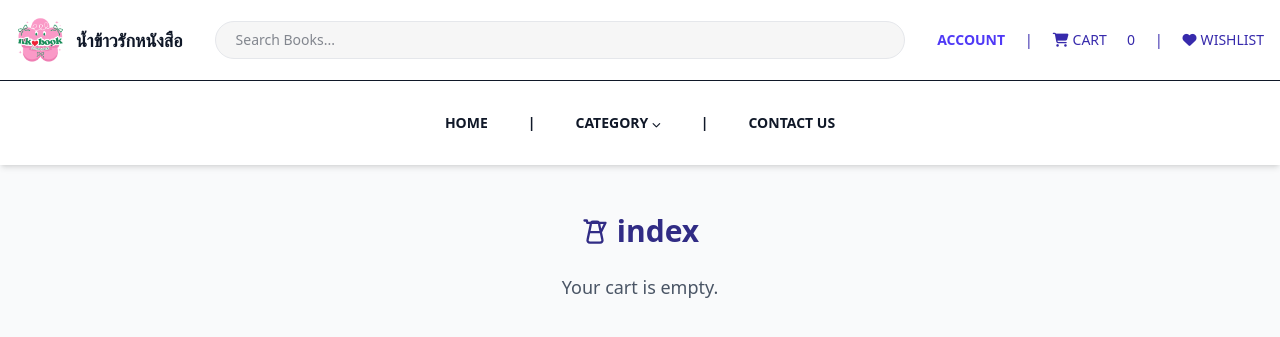
Repository: buratsakon0/NKLoveBook
Page: resources/views/wishlist/index.blade.php
These files come from the project's save history. The page is drawn as it stood at one moment and after the next save; the edit follows.
The browser window is 1280 px wide. The pictures show the whole page.
The page is served by the project's Laravel application, run on PHP 8.4 with Laravel 12. Other server files are loaded and not shown. Style sheets and scripts are compiled from the project's sources, by tool versions that may differ from the author's. The template is opened directly, without the code that normally fills it, so the values that code supplies are empty.

Above is the page before, as saved 2025-10-27 21:29:46.

### routes/web.php
<?php

use Illuminate\Support\Facades\Route;
use App\Http\Controllers\HomeController;
use App\Http\Controllers\CategoryController;
use App\Http\Controllers\BookController;
use App\Http\Controllers\AuthController;
use App\Http\Controllers\ProfileController;
use Illuminate\Http\Request;
use App\Models\User;
use App\Http\Controllers\CartController;
use App\Http\Controllers\ReviewController;
use App\Http\Controllers\WishlistController;
use App\Http\Controllers\SearchController;
use App\Http\Controllers\CheckoutController;
use App\Http\Controllers\ShippingController;


// หน้าแรก
Route::get('/', [HomeController::class, 'index'])->name('home');

// หน้า home (view ตรง)
Route::view('/home', 'home');

// หน้า book
Route::get('/book/{book}', [BookController::class, 'show'])->name('book.show');

// หน้า contact
Route::get('/contact', function () {
    return view('contact');
})->name('contact');

Route::get('/category/{id}', [CategoryController::class, 'show'])->name('category.show');

// Search route
Route::get('/search', [SearchController::class, 'search'])->name('search');

Route::get('/login', [AuthController::class, 'showLoginForm'])->name('login');
Route::post('/login', [AuthController::class, 'login']);

//  หน้าสมัครสมาชิก
Route::get('/register', [AuthController::class, 'showRegisterForm'])->name('register');
Route::post('/register', [AuthController::class, 'register']);

//  ปุ่มออกจากระบบ
Route::post('/logout', [AuthController::class, 'logout'])->name('logout');

Route::get('/profile', [ProfileController::class, 'show'])->middleware('auth')->name('profile');

Route::get('/api/check-username', function (Request $request) {
    $exists = User::where('Username', $request->Username)->exists();
    return response()->json(['exists' => $exists]);
});

Route::get('/api/check-email', function (Request $request) {
    $exists = User::where('Email', $request->Email)->exists();
    return response()->json(['exists' => $exists]);
});

// เส้นทางสำหรับเพิ่มสินค้าไปยังตะกร้า
Route::post('/cart/add/{productId}', [CartController::class, 'addToCart'])->name('cart.add');

// เส้นทางสำหรับแสดงสินค้าทั้งหมดในตะกร้า
Route::get('/cart', [CartController::class, 'showCart'])->name('cart.index');

// เส้นทางสำหรับอัพเดตจำนวนสินค้าภายในตะกร้า
Route::put('/cart/update/{productId}', [CartController::class, 'updateCart'])->name('cart.update');
Route::post('/cart/update/{productId}', [CartController::class, 'updateQuantity'])->name('cart.update');
Route::delete('/cart/remove/{productId}', [CartController::class, 'remove'])->name('cart.remove');
Route::post('/update-cart', [CartController::class, 'updateCart']);


// Review routes
Route::post('/book/{bookId}/review', [ReviewController::class, 'store'])->name('review.store')->middleware('auth');
Route::delete('/book/{bookId}/review', [ReviewController::class, 'destroy'])->name('review.destroy')->middleware('auth');


//Wishlist
Route::get('/wishlist', [WishlistController::class, 'index'])->name('wishlist.index');
Route::post('/wishlist/add/{bookId}', [WishlistController::class, 'store'])->name('wishlist.add');
Route::post('/wishlist/remove/{bookId}', [WishlistController::class, 'destroy'])->name('wishlist.remove');


// เส้นทางสำหรับการ submit ข้อมูลใน Checkout
Route::post('/checkout/submit', [CheckoutController::class, 'submit'])->name('checkout.submit');

// shipping
Route::get('/checkout', [ShippingController::class, 'showShippingForm'])->name('checkout');
Route::get('/checkout/edit', [ShippingController::class, 'editShippingForm'])->name('checkout.edit');
Route::post('/checkout/save', [ShippingController::class, 'saveShippingAddress'])->name('checkout.save');

### resources/views/wishlist/index.blade.php
@extends('layouts.app')

@section('content')
<div class="container mx-auto mt-12 px-4">
  <h1 class="text-3xl font-bold text-center text-indigo-900 mb-6 flex items-center justify-center gap-2">
    <svg xmlns="http://www.w3.org/2000/svg" class="h-7 w-7 text-indigo-900" fill="none" viewBox="0 0 24 24" stroke="currentColor">
      <path stroke-linecap="round" stroke-linejoin="round" stroke-width="2" d="M3 3h2l.4 2M7 13h10l4-8H5.4M7 13l-1.35 6.45A2 2 0 007.63 22h8.74a2 2 0 001.98-2.55L17 13M7 13l1.35-6.45A2 2 0 0110.37 4h3.26a2 2 0 011.98 2.55L17 13" />
    </svg>
    index
  </h1>

  @if(!empty($cart))
    <div class="bg-white shadow-md rounded-lg border border-gray-200">
      <div class="p-4 bg-gray-100 flex items-center font-semibold text-lg border-b border-gray-200">
        <input type="checkbox" checked class="accent-orange-500 mr-2">
        All Items
      </div>

      <table class="w-full text-left border-collapse">
        <thead class="border-b border-gray-300 text-gray-600">
          <tr>
            <th class="py-3 px-6 w-1/3">Product</th>
            <th class="py-3 px-6">Price/Unit</th>
            <th class="py-3 px-6">Number</th>
            <th class="py-3 px-6">Total</th>
            <th class="py-3 px-6 text-center">Action</th>
          </tr>
        </thead>
        <tbody>
          @foreach($cart as $productId => $product)
            <tr class="border-b border-gray-200 hover:bg-gray-50">
              <td class="py-4 px-6 flex items-center space-x-4">
                <img src="{{ $product['image'] }}" alt="{{ $product['name'] }}" class="w-24 h-auto rounded shadow-sm">
                <div>
                  <p class="font-semibold text-indigo-900">{{ $product['name'] }}</p>
                  <p class="text-sm text-gray-500 mt-1 uppercase tracking-wide">
                    {{ $product['author'] ?? 'Unknown Author' }}
                    </p>

                </div>
              </td>
              <td class="py-4 px-6">฿{{ number_format($product['price'], 2) }}</td>
              <td class="py-4 px-6">
                <div class="flex items-center justify-center border border-black rounded-full w-fit">
                  <button onclick="updateQuantity({{ $productId }}, 'decrease')" class="px-3 py-1 text-xl font-bold">−</button>
                  <span id="quantity-{{ $productId }}" class="px-4 py-1 text-lg">{{ $product['quantity'] }}</span>
                  <button onclick="updateQuantity({{ $productId }}, 'increase')" class="px-3 py-1 text-xl font-bold">+</button>
                </div>
              </td>
              <td class="py-4 px-6">฿{{ number_format($product['price'] * $product['quantity'], 2) }}</td>
              <td class="py-4 px-6 text-center">
                <form action="{{ route('cart.remove', $productId) }}" method="POST" onsubmit="return confirm('Remove this item?')">
                  @csrf
                  @method('DELETE')
                  <button type="submit" class="text-gray-600 hover:text-red-600">
                    <svg xmlns="http://www.w3.org/2000/svg" class="h-6 w-6" fill="none" viewBox="0 0 24 24" stroke="currentColor">
                      <path stroke-linecap="round" stroke-linejoin="round" stroke-width="2" d="M19 7l-.867 12.142A2 2 0 0116.138 21H7.862a2 2 0 01-1.995-1.858L5 7m5 4v6m4-6v6M1 7h22M10 3h4a1 1 0 011 1v1H9V4a1 1 0 011-1z"/>
                    </svg>
                  </button>
                </form>
              </td>
            </tr>
          @endforeach
        </tbody>
      </table>

      <div class="flex justify-between items-center px-6 py-4 border-t border-gray-200">
        <p class="text-gray-600">{{ count($cart) }} Items</p>
        <div class="text-right">
          <span class="text-xl font-semibold text-gray-900">฿{{ number_format($totalPrice, 2) }}</span>
        </div>
      </div>

      <div class="flex justify-end items-center gap-4 px-6 py-4 border-t border-gray-200">
        <button onclick="window.location.href='{{ route('home') }}'" class="flex items-center border border-orange-500 text-orange-500 font-medium py-2 px-6 rounded hover:bg-orange-50 transition">
          <svg xmlns="http://www.w3.org/2000/svg" class="h-5 w-5 mr-2" fill="none" viewBox="0 0 24 24" stroke="currentColor">
            <path stroke-linecap="round" stroke-linejoin="round" stroke-width="2" d="M3 3h18M3 3v18m0-18l18 18"/>
          </svg>
          Continue Shopping
        </button>

        <div class="flex justify-end items-center gap-4 px-6 py-4 border-t border-gray-200">
  @auth
        <!-- ถ้า login แล้วจะให้แสดงปุ่ม Checkout -->
        <a href="{{ route('checkout') }}" class="flex items-center bg-orange-500 text-white font-medium py-2 px-6 rounded hover:bg-orange-600 transition">
          <svg xmlns="http://www.w3.org/2000/svg" class="h-5 w-5 mr-2" fill="none" viewBox="0 0 24 24" stroke="currentColor">
            <path stroke-linecap="round" stroke-linejoin="round" stroke-width="2" d="M12 8c-3.314 0-6 2.686-6 6v2h12v-2c0-3.314-2.686-6-6-6zM5 14v2a2 2 0 002 2h10a2 2 0 002-2v-2M12 8V4m0 0a4 4 0 100 8"/>
          </svg>
          Checkout
        </a>
      @else
        <!-- ถ้ายังไม่ได้ login แสดงปุ่มให้ไปหน้า login -->
        <a href="{{ route('login') }}" class="flex items-center bg-orange-500 text-white font-medium py-2 px-6 rounded hover:bg-orange-600 transition">
          <svg xmlns="http://www.w3.org/2000/svg" class="h-5 w-5 mr-2" fill="none" viewBox="0 0 24 24" stroke="currentColor">
            <path stroke-linecap="round" stroke-linejoin="round" stroke-width="2" d="M12 8c-3.314 0-6 2.686-6 6v2h12v-2c0-3.314-2.686-6-6-6zM5 14v2a2 2 0 002 2h10a2 2 0 002-2v-2M12 8V4m0 0a4 4 0 100 8"/>
          </svg>
          Login to Checkout
        </a>
      @endauth
    </div>
      </div>
    </div>
  @else
    <p class="mt-6 text-center text-lg text-gray-600">Your cart is empty.</p>
  @endif
</div>

<script>
  function updateQuantity(productId, action) {
    const quantityElement = document.getElementById('quantity-' + productId);
    let currentQuantity = parseInt(quantityElement.textContent);

    if (action === 'increase') currentQuantity++;
    else if (action === 'decrease' && currentQuantity > 1) currentQuantity--;

    quantityElement.textContent = currentQuantity;

    const formData = new FormData();
    formData.append('action', action);
    formData.append('productId', productId);
    formData.append('quantity', currentQuantity);

    fetch(`{{ route('cart.update', ['productId' => ':id']) }}`.replace(':id', productId), {
      method: 'POST',
      headers: { 'X-CSRF-TOKEN': '{{ csrf_token() }}' },
      body: formData
    })
    .then(res => res.json())
    .then(data => {
      if (data.success) window.location.reload();
    });
  }
</script>
@endsection

### resources/views/layouts/app.blade.php
<!DOCTYPE html>
<html lang="th">
<head>
    <meta charset="UTF-8">
    <meta name="viewport" content="width=device-width, initial-scale=1.0">
    <title>น้ำข้าวรักหนังสือ</title>

    @vite('resources/css/app.css')
    <link rel="stylesheet" href="https://cdnjs.cloudflare.com/ajax/libs/font-awesome/6.5.0/css/all.min.css">

</head>
<body class="bg-gray-50 text-gray-900">
    @include('component.navbar')

    <main>
        @yield('content')
    </main>



</body>
</html>

### resources/views/component/navbar.blade.php
@php
  use App\Models\Category;
  $categories = Category::all();
@endphp

@once
  <style>
    .nav-category {
      position: relative;
      display: inline-block;
    }
    .nav-category__toggle {
      display: inline-flex;
      align-items: center;
      gap: 0.4rem;
      padding: 0.2rem 0;
      border: 0;
      background: transparent;
      font-weight: 600;
      text-transform: uppercase;
      letter-spacing: 0.22em;
      font-size: 0.9rem;
      color: #dd4f2f;
      cursor: pointer;
      transition: color 0.2s ease;
    }
    .nav-category__toggle:focus-visible {
      outline: 2px solid #f26d3d;
      outline-offset: 4px;
    }
    .nav-category:hover .nav-category__toggle,
    .nav-category:focus-within .nav-category__toggle {
      color: #f26d3d;
    }
    .nav-category__menu {
      position: absolute;
      top: 100%;
      left: 50%;
      transform: translateX(-50%);
      width: 15rem;
      display: none;
      background: #fff5e9;
      border: 1px solid #f2c6a6;
      border-radius: 8px;
      box-shadow: 0 6px 20px rgba(0, 0, 0, 0.12);
      padding-bottom: 0.5rem;
      z-index: 40;
    }
    .nav_item:hover {
      color: #f26d3d;
    }
    .nav-category:hover .nav-category__menu,
    .nav-category:focus-within .nav-category__menu {
      display: block;
    }
    .nav-category__top-strip {
      height: 4px;
      background: #b280d6;
      border-top-left-radius: 8px;
      border-top-right-radius: 8px;
    }
    .nav-category__notch {
      position: absolute;
      top: -12px;
      right: 1.5rem;
      width: 0;
      height: 0;
      border-left: 12px solid transparent;
      border-right: 12px solid transparent;
      border-bottom: 12px solid #fff5e9;
      filter: drop-shadow(0 2px 4px rgba(0, 0, 0, 0.1));
    }
    .nav-category__list {
      list-style: none;
      margin: 0;
      padding: 0;
    }
    .nav-category__item {
      border-top: 1px solid #f2c6a6;
    }
    .nav-category__item:first-child {
      border-top: none;
    }
    .nav-category__link {
      width: 100%;
      border: 0;
      background: transparent;
      display: block;
      padding: 0.95rem 1.75rem;
      text-decoration: none;
      color: #d65032;
      font-size: 0.92rem;
      font-weight: 500;
      letter-spacing: 0.08em;
      transition: background-color 0.15s ease, color 0.15s ease;
    }
    .nav-category__link:hover,
    .nav-category__link:focus {
      background: #ffffff;
      color: #f26d3d;
    }
  </style>
@endonce

<nav class="bg-white shadow-md">
  <div class="max-w-7xl mx-auto px-4 py-4 flex items-center justify-between">
    <!-- Left: Logo -->
    <div class="flex items-center gap-3">
      <img src="{{ asset('images/newlogo.png') }}" class="w-12 h-12" alt="logo">
      <span class="text-lg font-bold">น้ำข้าวรักหนังสือ</span>
    </div>

    <!-- Center: Search -->
    <div class="flex-1 mx-8">
      <form action="{{ route('search') }}" method="GET" class="relative" id="searchForm">
        <div class="relative">
          <input
            type="text"
            name="query"
            id="searchInput"
            placeholder="Search Books..."
            style="background-color: #f6f6f6;"
            class="w-full border border-gray-200 rounded-full px-5 py-2 text-sm focus:outline-none focus:ring-1 focus:ring-indigo-400"
            value="{{ request('query') }}">
        </div>
      </form>
    </div>

    <script>
      document.addEventListener('DOMContentLoaded', function() {
        const searchInput = document.getElementById('searchInput');
        if (searchInput) {
          searchInput.addEventListener('keypress', function(e) {
            if (e.key === 'Enter') {
              e.preventDefault();
              const form = document.getElementById('searchForm');
              if (form) {
                form.submit();
              }
            }
          });
        }
      });
    </script>

    <!-- Right: Icons -->
    <div class="flex gap-5 text-sm font-medium text-indigo-800">
    @auth
        <!-- ✅ login แล้ว -->
        <a href="{{ route('profile') }}" class="text-indigo-600 font-semibold">
            {{ Auth::user()->Username }}
        </a>
    @else
        <!-- ❌ ยังไม่ login -->
        <a href="{{ route('login') }}" class="text-indigo-600 font-semibold">
            ACCOUNT
        </a>
    @endauth

    <span>|</span>
    <a href="{{ route('cart.index') }}" class="flex items-center gap-1 hover:text-indigo-500">
        <i class="fa fa-shopping-cart"></i> CART
    </a>
    <span id="cartCount">{{ count(session('cart', [])) }}</span>


    <span>|</span>
    <a href="{{ route('wishlist.index') }}" class="flex items-center gap-1 hover:text-indigo-500">
        <i class="fa fa-heart"></i> WISHLIST
    </a>

</div>

  </div>

  <!-- Bottom Menu -->
  <div class="border-t">
    <div class="flex justify-center gap-10 py-[2rem] text-sm uppercase font-semibold">
      <a href="/" class="nav_item hover:text-[#ED553B]">Home</a>
      <span>|</span>

      <!-- Dropdown Category -->
      <div class="nav-category">
        <button class="uppercase font-semibold nav_item">
          Category <i class="fa fa-chevron-down" style="font-size: 0.55rem;"></i>
        </button>
        <div class="nav-category__menu">
          <span class="nav-category__notch"></span>
          <div class="nav-category__top-strip"></div>
          <ul class="nav-category__list">
            @foreach ($categories as $cat)
              <li class="nav-category__item">
                <a href="{{ route('category.show', $cat->CategoryID) }}" class="nav-category__link">
                  {{ $cat->CategoryName }}
                </a>
              </li>
            @endforeach
          </ul>
        </div>
      </div>

      <span>|</span>
      <a href="/contact" class="nav_item hover:text-[#ED553B]">Contact Us</a>
    </div>
  </div>
</nav>

### app/Models/Category.php
<?php

namespace App\Models;

use Illuminate\Database\Eloquent\Factories\HasFactory;
use Illuminate\Database\Eloquent\Model;

class Category extends Model
{
    use HasFactory;

    // ชื่อตารางจริงใน DB
    protected $table = 'categories';

    // ชื่อ primary key จริง
    protected $primaryKey = 'CategoryID';

    // ให้ Laravel รู้ว่าคอลัมน์ที่ใช้บ่อยคืออะไร
    protected $fillable = ['CategoryName'];

    public $timestamps = true;
}

Loaded but not shown: resources/css/app.css (common file)

After the next save:
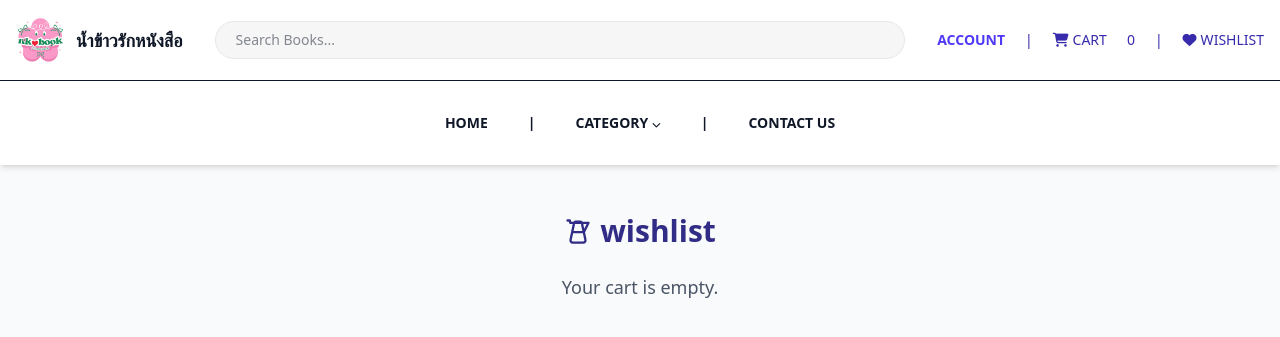
Saved 24 s later.
--- a/resources/views/wishlist/index.blade.php
+++ b/resources/views/wishlist/index.blade.php
@@ -6,7 +6,7 @@
     <svg xmlns="http://www.w3.org/2000/svg" class="h-7 w-7 text-indigo-900" fill="none" viewBox="0 0 24 24" stroke="currentColor">
       <path stroke-linecap="round" stroke-linejoin="round" stroke-width="2" d="M3 3h2l.4 2M7 13h10l4-8H5.4M7 13l-1.35 6.45A2 2 0 007.63 22h8.74a2 2 0 001.98-2.55L17 13M7 13l1.35-6.45A2 2 0 0110.37 4h3.26a2 2 0 011.98 2.55L17 13" />
     </svg>
-    index
+    wishlist
   </h1>
 
   @if(!empty($cart))
